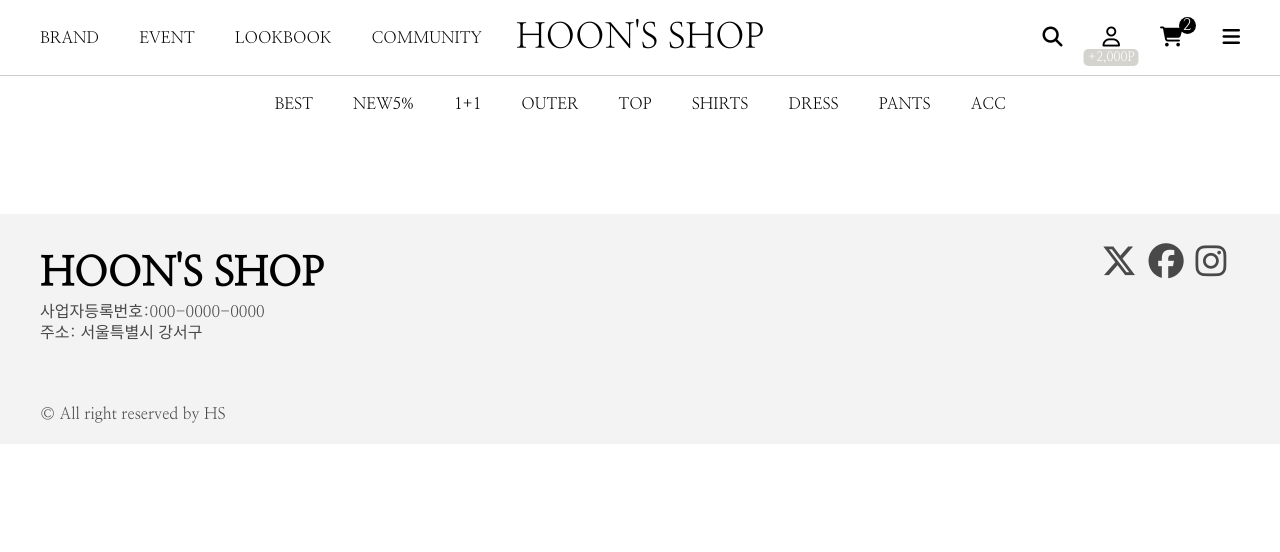
Repository: Iimchaehoon/cafeProject
Page: outer.html
An editor plug-in stored every save of this project. The page is shown before and after the next save, followed by the edit.
The browser window is 1280 px wide. The pictures show the whole page.
Some web libraries are served in a nearby version.

Above is the page before, as saved 2024-07-29 21:20:41.

### outer.html
<!DOCTYPE html>
<html lang="en">
  <head>
    <meta charset="UTF-8" />
    <meta name="viewport" content="width=device-width, initial-scale=1.0" />
    <title>Document</title>
    <link rel="stylesheet" href="/src/css/pages/login.css" />
    <script
      src="https://kit.fontawesome.com/1e606f2a97.js"
      crossorigin="anonymous"
    ></script>
  </head>
  <body>
    <!--header-->
    <header class="header">
      <div class="header__top">
        <nav class="header__nav-box">
          <ul class="header__list-box">
            <li class="header__content">BRAND</li>
            <li class="header__content">EVENT</li>
            <li class="header__content">LOOKBOOK</li>
            <li class="header__content">COMMUNITY</li>
          </ul>
        </nav>
        <h1 class="header__title">HOON'S SHOP</h1>
        <ul class="header__menu">
          <li class="header__content">
            <i class="fa-solid fa-magnifying-glass fa-lg"></i>
          </li>
          <li class="header__content header__content--badge-price">
            <div class="header__price-badge"><span>+2,000P</span></div>
            <i class="fa-regular fa-user fa-lg"></i>
          </li>
          <li class="header__content header__content--badge-box">
            <div class="header__cart-badge"><span>2</span></div>
            <i class="fa-solid fa-cart-shopping fa-lg"></i>
          </li>
          <li class="header__content">
            <i class="fa-solid fa-bars fa-lg"></i>
          </li>
        </ul>
      </div>

      <div class="header__bottom">
        <ul class="header__category">
          <li class="header__content">BEST</li>
          <li class="header__content">NEW5%</li>
          <li class="header__content">1+1</li>
          <li class="header__content">OUTER</li>
          <li class="header__content">TOP</li>
          <li class="header__content">SHIRTS</li>
          <li class="header__content">DRESS</li>
          <li class="header__content">PANTS</li>
          <li class="header__content">ACC</li>
        </ul>
      </div>
    </header>
    <!-- footer -->
    <footer class="footer">
      <div class="footer_sub-box">
        <span class="footer_title">HOON'S SHOP</span>
        <small class="footer_text">사업자등록번호:000-0000-0000</small>
        <small class="footer_text">주소: 서울특별시 강서구</small>
        <small class="footer_text footer_copy-right"
          >&copy; All right reserved by HS</small
        >
      </div>
      <div class="footer_sub-box footer__social-box">
        <span class="footer_text">
          <i class="fa-brands fa-x-twitter fa-2xl"></i>
        </span>
        <span class="footer_text">
          <i class="fa-brands fa-facebook fa-2xl"></i>
        </span>
        <span class="footer_text">
          <i class="fa-brands fa-instagram fa-2xl"></i>
        </span>
      </div>
    </footer>
  </body>
</html>

### src/css/pages/login.css
@import "../reset.css";
@import "../common.css";
@import "../components/header.css";
@import "../components/footer.css";
.header__title a {
  text-decoration: none;
  color: black;
}
.login-wrapper {
  height: 80vh;
  display: flex;
  flex-direction: column;
  padding: 0 700px;
  padding-top: 100px;
}
.login__title {
  font-size: 30px;
  font-weight: 700;
  margin-bottom: 15px;
}
.login__text {
  color: rgba(0, 0, 0, 0.5);
  margin-bottom: 7px;
  text-decoration: none;
  transition: color 0.2s ease-in-out;
}

.login__form {
  display: flex;
  flex-direction: column;
}
.login__btn {
  background-color: black;
  border-radius: 5px;
  color: white;
  font-size: 18px;
  padding: 10px 0;
  border: none;
  margin: 5px 0;
  display: flex;
  justify-content: center;
  align-items: center;
  position: relative;
  transition: background-color 0.2s ease-in-out;
  transition: transform 0.2s ease-in-out;
}
.login__btn:active {
  transform: scale(1.07);
}
.login__btn:hover {
  background-color: rgb(50, 49, 49);
}

.login__btn svg {
  width: 25px;
  height: 25px;
  position: absolute;
  left: 30px;
}
.login__btn-kakao {
  margin-top: 50px;
  background-color: #fee500;
  color: black;
  margin-bottom: 30px;
}
.login__btn-kakao:hover {
  background-color: #f7e85d;
}
.login__btn-naver {
  background-color: #1dc800;
}
.login__btn-naver:hover {
  background-color: #49cd32;
}
.login__btn-naver {
  fill: white;
}
.login__text-box {
  margin-bottom: 30px;
  display: flex;
  justify-content: space-between;
}
.login__label {
  display: flex;
  flex-direction: column;
  margin: 10px 0;
}

.login__input {
  border: none;
  border-bottom: 1px solid rgba(0, 0, 0, 0.5);
  margin-top: 10px;
}

.login__input:focus {
  outline: none;
  border-color: black;
}
.login__label:focus-within .login__text {
  color: black;
}
.login__text-box .login__text:hover {
  color: black;
}

### src/css/common.css
@import url("https://fonts.googleapis.com/css2?family=Nanum+Gothic&family=Nanum+Myeongjo&display=swap");
body {
  font-family: "Nanum Myeongjo", serif;
  margin: 0;
  padding: 0;
  box-sizing: border-box;
  padding-bottom: 300px;
  position: relative;
}
ul {
  margin: 0;
}

### src/css/components/header.css
.header {
  height: 20vh;
}
.header__top {
  display: flex;
  justify-content: space-between;
  padding: 20px;
  border-bottom: 1px solid rgba(0, 0, 0, 0.2);
}
.header__nav-box {
  width: 33%;
}
.header__title {
  width: 33%;
  font-size: 35px;
  font-weight: 550;
  text-align: center;
}

.header__list-box {
  display: flex;

  height: 100%;
  align-items: center;
}
.header__menu {
  display: flex;
  align-items: center;
  justify-content: flex-end;

  width: 33%;
}
.header__content {
  margin: 0 20px;
}
.header__content a {
  color: black;
  text-decoration: none;
}
.header__content a {
  color: black;
}
/* 아래헤더 */
.header__category {
  display: flex;
  justify-content: center;
  padding: 20px 0;
}
.header__cart-badge {
  background-color: black;
  display: flex;
  justify-content: center;
  align-items: center;
  border-radius: 100%;
  width: 13px;
  height: 13px;
  padding: 2px;
  position: absolute;
  top: -13px;
  right: -13px;
}
.header__content--badge-box {
  position: relative;
}
.header__cart-badge span {
  color: white;
}
.header__content--badge-price {
  position: relative;
}
.header__price-badge {
  background-color: #d5d3cd;
  color: white;
  display: flex;
  justify-content: center;
  align-items: center;
  font-size: 13px;
  border-radius: 5px;
  padding: 2px 4px;
  position: absolute;
  left: 50%;
  transform: translateX(-50%);
  bottom: -20px;
}

### src/css/components/footer.css
.footer {
  position: absolute;
  bottom: 0;
  height: 230px;
  width: 100%;
  background-color: #f1f1f1d6;
  display: flex;
}

.footer_sub-box {
  width: 50%;
  height: 100%;
  display: flex;
  flex-direction: column;
  padding: 40px;
  box-sizing: border-box;
}
.footer_copy-right {
  position: relative;
  bottom: -60px;
}

.footer_title {
  font-size: 40px;
  font-weight: 600;
  margin-bottom: 10px;
}
.footer_text {
  color: rgba(0, 0, 0, 0.7);
  margin-bottom: 5px;
}
.footer__social-box {
  flex-direction: row;
  justify-content: flex-end;
}
.footer_text i {
  transform: scale(1.1);
  margin-right: 15px;
}

Loaded but not shown: src/css/reset.css (common file); src/css/pages/sub-category.css (no stored copy; drawn as an empty file)

After the next save:
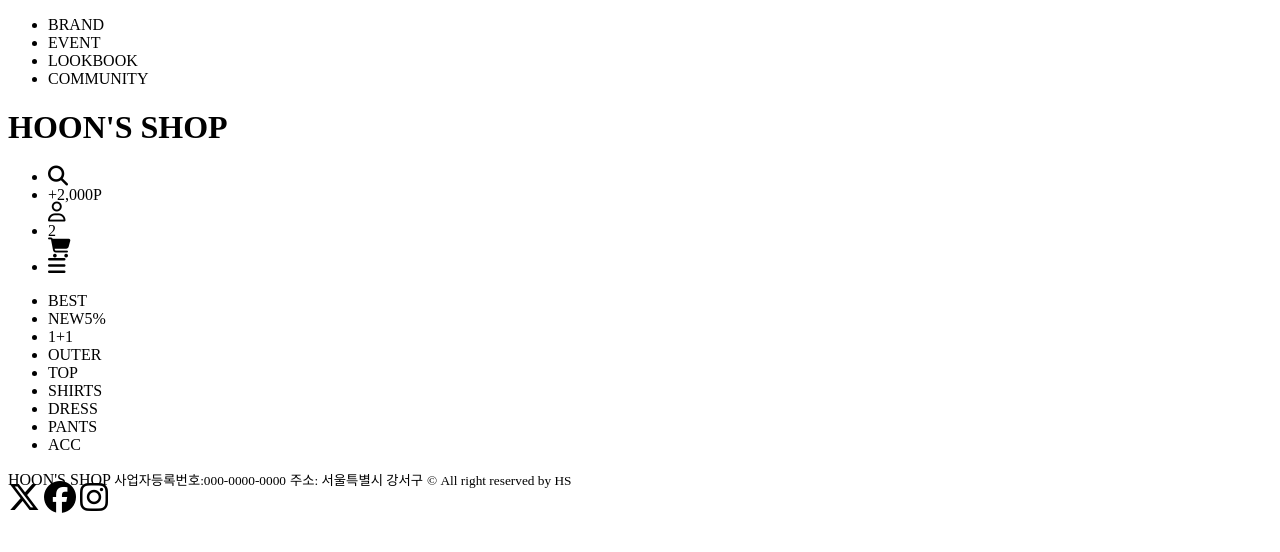
Saved 25 s later.
--- a/outer.html
+++ b/outer.html
@@ -4,7 +4,7 @@
     <meta charset="UTF-8" />
     <meta name="viewport" content="width=device-width, initial-scale=1.0" />
     <title>Document</title>
-    <link rel="stylesheet" href="/src/css/pages/login.css" />
+    <link rel="stylesheet" href="/src/css/pages/sub-category.css" />
     <script
       src="https://kit.fontawesome.com/1e606f2a97.js"
       crossorigin="anonymous"
